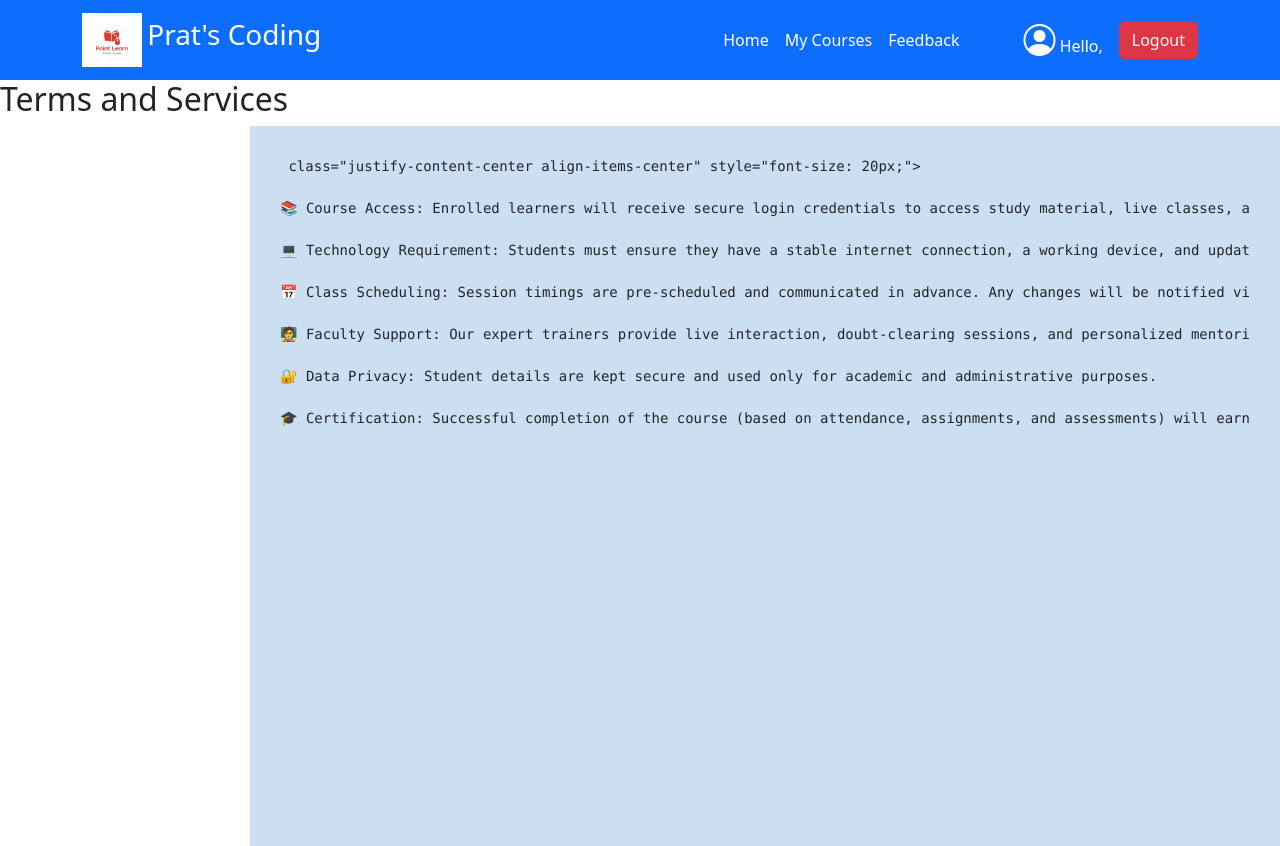
Repository: Pratikshae/OnlineLearningEPlatform
Page: http://localhost/terms-and-services
These files come from the project's save history. The page is drawn as it stood at one moment and after the next save; the edit follows.
The browser window is 1280 px wide. The pictures show the whole page.
The page is this project's Thymeleaf template; nobody is signed in. The template is opened directly, without the code that normally fills it, so the values that code supplies are empty.

Above is the page before, as saved 2025-09-22 09:32:57.

After the next save:
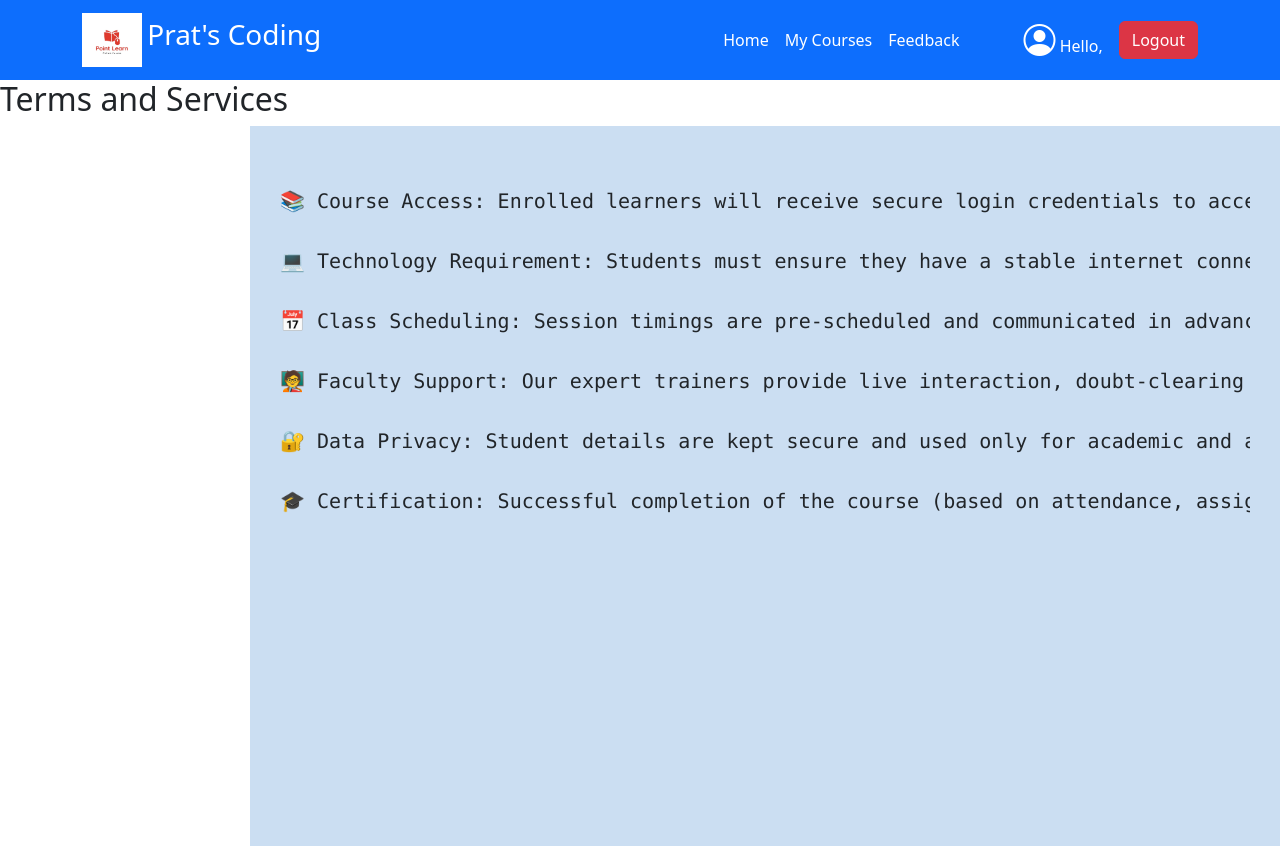
Saved 16 s later.
--- a/EducationCRMProject/src/main/resources/templates/terms-and-services.html
+++ b/EducationCRMProject/src/main/resources/templates/terms-and-services.html
@@ -20,7 +20,7 @@
 	<h2 class="justify-content-center align-items-center">Terms and Services</h2>
 
 	<div class="main-content">
-		<pre> class="justify-content-center align-items-center" style="font-size: 20px;">
+		<pre class="justify-content-center align-items-center" style="font-size: 20px;">
 
 📚 Course Access: Enrolled learners will receive secure login credentials to access study material, live classes, and recorded sessions. Sharing credentials is strictly prohibited.
 
